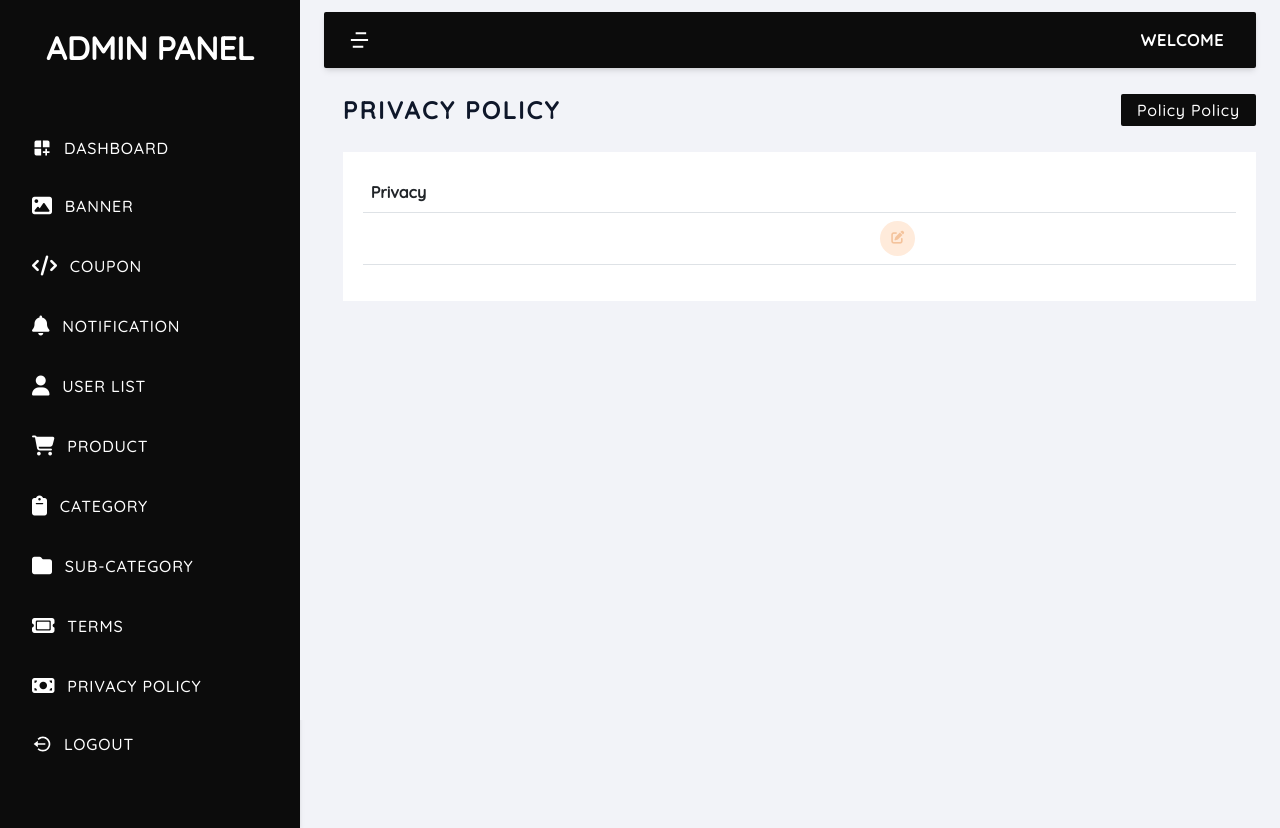
Repository: FlyweisReact/Sudarshan
Page: /admin/COD
The author's editor kept a copy of each file at every save. The page is drawn from the files as they stood at one save, then again after the next save.
The browser window is 1280 px wide. The pictures show the whole page.
The page's requests for data from a server got no answer. Some web libraries are served in a nearby version. The project was rebuilt for these pictures with package versions that can differ from the ones it lists, and the page was loaded fresh each time. No one was signed in, and anything a server would have sent is missing. Also part of the build but not shown: src/Baseurl.js, src/Admin/forms/AdminLogin.jsx, src/Admin/pages/Dashboard/AdminDashboard.js, src/Admin/pages/Banner/AdminBanner.js, src/Admin/pages/subcategory/AdminSubCategory.js, src/Admin/pages/category/AdminCategory.js, src/Admin/pages/Product/AdminProduct.js, src/Admin/pages/Product/AdminSingleProduct.js and 13 more.

Above is the page before, as saved 2023-09-06 19:14:03.

### public/index.html
<!-- @format -->

<!DOCTYPE html>
<html lang="en">
  <head>
    <meta charset="utf-8" />
    <meta name="viewport" content="width=device-width, initial-scale=1" />
    <meta name="theme-color" content="#000000" />
    <meta
      name="description"
      content="Web site created using create-react-app"
    />
    <link rel="icon" href="%PUBLIC_URL%/favicon.png" />
    <link rel="manifest" href="%PUBLIC_URL%/manifest.json" />
    <link rel="preconnect" href="https://fonts.googleapis.com" />
    <link rel="preconnect" href="https://fonts.gstatic.com" crossorigin />
    <link
      href="https://fonts.googleapis.com/css2?family=Quicksand:wght@500&display=swap"
      rel="stylesheet"
    />
    <title>Sudarshan</title>
  </head>
  <body>
    <noscript>You need to enable JavaScript to run this app.</noscript>
    <div id="root"></div>
    <script src="https://code.jquery.com/jquery-3.6.0.min.js"></script>
    <script
      src="https://kit.fontawesome.com/b533b351e4.js"
      crossorigin="anonymous"
    ></script>
  </body>
</html>

### src/Admin/pages/COD/COD.js
/** @format */

import React, { useEffect, useState } from "react";
import HOC from "../../layout/HOC";
import {
  Table,
  Modal,
  Form,
  Button,
  Alert,
  Spinner,
  FloatingLabel,
} from "react-bootstrap";
import axios from "axios";
import { toast } from "react-toastify";

const COD = () => {
  const [modalShow, setModalShow] = useState(false);
  const [data, setData] = useState([]);
  const [id, setId] = useState(null);
  const [edit, setEdit] = useState(false);
  const [total, setTotal] = useState(0);
  const [loading, setLoading] = useState(false);

  const token = localStorage.getItem("token");
  const Auth = {
    headers: {
      Authorization: `Bearer ${token}`,
    },
  };

  const fetchData = async () => {
    setLoading(true);
    try {
      const { data } = await axios.get(
        `https://green-fyto.vercel.app/api/v1/privacy`
      );
      setData(data.privacy);
      setLoading(false);
    } catch (e) {
      setLoading(false);
      console.log(e);
    }
  };

  useEffect(() => {
    fetchData();
  }, []);

  function MyVerticallyCenteredModal(props) {
    const [cod, setCod] = useState(0);
    const [errMsg, setErrMsg] = useState(null);
    const [submitLoading, setSubmitLoading] = useState(false);
    const [vendors, setVendors] = useState([]);
    const [vendorId, setVendorId] = useState("");

    const fetchVendor = async () => {
      try {
        const response = await axios.get(`api/v1/admin/getAllVendor`);
        setVendors(response.data.data);
      } catch {}
    };

    useEffect(() => {
      if (props.show === true) {
        fetchVendor();
      }
    }, [props]);

    const postHandler = async (e) => {
      e.preventDefault();
      setSubmitLoading(true);
      const payload = { vendorId, cod };
      try {
        const { data } = await axios.post(
          `api/v1/admin/addCodTovendor`,
          payload,
          Auth
        );
        toast.success(data.message);
        props.onHide();
        fetchData();
        setSubmitLoading(false);
      } catch (e) {
        const msg = e.response.data.message;
        setErrMsg(msg);
        setSubmitLoading(false);
      }
    };

    const putHandler = async (e) => {
      e.preventDefault();
      setSubmitLoading(true);
      const payload = { vendorId: id, cod };
      try {
        const { data } = await axios.put(
          `api/v1/admin/updateCodTovendor/${id}`,
          payload,
          Auth
        );
        toast.success(data.message);
        props.onHide();
        fetchData();
        setSubmitLoading(false);
      } catch (e) {
        const msg = e.response.data.message;
        setErrMsg(msg);
        setSubmitLoading(false);
      }
    };

    return (
      <Modal
        {...props}
        aria-labelledby="contained-modal-title-vcenter"
        centered
      >
        <Modal.Header closeButton>
          <Modal.Title id="contained-modal-title-vcenter">
            {" "}
            {edit ? `Edit COD ` : " Add COD"}
          </Modal.Title>
        </Modal.Header>
        <Modal.Body>
          {errMsg === null || !errMsg ? (
            ""
          ) : (
            <div className="dangerBox">
              <Alert variant="danger"> {errMsg} </Alert>
              <i class="fa-solid fa-x" onClick={() => setErrMsg(null)}></i>
            </div>
          )}
          {edit ? (
            <Form onSubmit={putHandler}>
              <Form.Group className="mb-3">
                <Form.Label>Amount</Form.Label>
                <Form.Control
                  type="number"
                  required
                  min={0}
                  value={cod}
                  onChange={(e) => setCod(e.target.value)}
                />
              </Form.Group>

              <Button
                style={{
                  backgroundColor: "#0c0c0c",
                  borderRadius: "0",
                  border: "1px solid #0c0c0c",
                }}
                type="submit"
              >
                {submitLoading === true ? (
                  <Spinner size="sm" animation="border" role="status">
                    <span className="visually-hidden">Loading...</span>
                  </Spinner>
                ) : (
                  "Submit"
                )}
              </Button>
            </Form>
          ) : (
            <Form onSubmit={postHandler}>
              <Form.Group className="mb-3">
                <Form.Label>Amount</Form.Label>
                <Form.Control
                  type="number"
                  required
                  min={0}
                  value={cod}
                  onChange={(e) => setCod(e.target.value)}
                />
              </Form.Group>
              <Form.Group className="mb-3">
                <Form.Label>Vendor</Form.Label>
                <Form.Select onChange={(e) => setVendorId(e.target.value)}>
                  <option> Select Vendor </option>
                  {vendors?.map((i, index) => (
                    <option key={index} value={i._id}>
                      {" "}
                      {i.fullName}{" "}
                    </option>
                  ))}
                </Form.Select>
              </Form.Group>

              <Button
                style={{
                  backgroundColor: "#0c0c0c",
                  borderRadius: "0",
                  border: "1px solid #0c0c0c",
                }}
                type="submit"
              >
                {submitLoading === true ? (
                  <Spinner size="sm" animation="border" role="status">
                    <span className="visually-hidden">Loading...</span>
                  </Spinner>
                ) : (
                  "Submit"
                )}
              </Button>
            </Form>
          )}
        </Modal.Body>
      </Modal>
    );
  }

  return (
    <>
      <MyVerticallyCenteredModal
        show={modalShow}
        onHide={() => setModalShow(false)}
      />

      <section>
        <div
          className="pb-4   w-full flex justify-between items-center"
          style={{ width: "98%", marginLeft: "2%" }}
        >
          <span
            className="tracking-widest text-slate-900 font-semibold uppercase"
            style={{ fontSize: "1.5rem" }}
          >
            Privacy Policy
          </span>
          <button
            onClick={() => {
              setEdit(false);
              setModalShow(true);
            }}
            className="md:py-2 px-3 md:px-4 py-1 rounded-sm bg-[#0c0c0c] text-white tracking-wider"
          >
            Policy Policy
          </button>
        </div>

        <section className="sectionCont">
          {loading ? (
            <Spinner
              animation="border"
              role="status"
              style={{ display: "block", margin: "auto" }}
            ></Spinner>
          ) : !data ? (
            <Alert> Privacy's Not Found </Alert>
          ) : (
            <div className="overFlowCont">
              <Table>
                <thead>
                  <tr>
                    <th>Privacy</th>
                    <th></th>
                  </tr>
                </thead>

                <tbody>
                  <tr>
                    <td> {data?.privacy} </td>
                    <td>
                      <span className="flexCont">
                        <i className="fa-solid fa-pen-to-square"></i>
                      </span>
                    </td>
                  </tr>
                </tbody>
              </Table>
            </div>
          )}
        </section>
      </section>
    </>
  );
};

export default HOC(COD);

### src/Admin/layout/HOC.jsx
/** @format */

import React, { useState } from "react";
import Navbar from "./Navbar";
import Sidebar from "./Sidebar";

const HOC = (Wcomponenet) => {
  return function Component() {
    const [hamb, setHamb] = useState(false);
    return (
      <>
        <section
          className="flex overflow-x-hidden relative "
          style={{ backgroundColor: "#f2f3f8" }}
        >
          {/* Sidebar */}
          <div
            className={
              hamb
                ? " absolute top-0 z-30 md:w-auto shadow-md bg-slate-200  w-60 transition-all md:-left-full left duration-150  h-auto overflow-y-auto  left-0 "
                : " md:w-72 z-30 bg-slate-200  shadow-md  md:static absolute top-0 -left-full   transition-all duration-150  overflow-y-auto h-auto"
            }
            style={{ minWidth: "300px" }}
          >
            <Sidebar hamb={hamb} setHamb={setHamb} />
          </div>
          {/* Components & Navbar */}
          <div
            className={
              hamb
                ? " transition-all px-4 py-2  duration-150 w-full h-screen"
                : " w-full h-screen  px-4 py-2   z-50 transition-all duration-150 "
            }
            style={{ backgroundColor: "#f2f3f8" }}
          >
            <Navbar hamb={hamb} setHamb={setHamb} />
            <div className="my-6 text-#000 h-[87%] wcomp overflow-y-auto">
              {" "}
              <Wcomponenet />
            </div>
          </div>
        </section>
      </>
    );
  };
};

export default HOC;

### src/Admin/layout/Navbar.jsx
/** @format */

import { RiMenu4Line } from "react-icons/ri";

const Navbar = ({ hamb, setHamb }) => {
  const Name = localStorage.getItem("name");

  return (
    <>
      <div
        className={
          hamb
            ? "flex  w-full justify-between  my-1 rounded-sm  p-4 py-3 shadow-md items-center  bg-slate-200 space-x-4"
            : "flex  w-full justify-between my-1 rounded-sm  p-4 py-3 shadow-md items-center  bg-slate-200 space-x-4"
        }
        style={{ backgroundColor: "#0c0c0c" }}
      >
        <RiMenu4Line
          onClick={() => setHamb(!hamb)}
          className="text-2xl font-bold text-gray-900 hover:scale-90 cursor-pointer"
          style={{ color: "#fff" }}
        />

        <section className="flex sm:ml-auto justify-end sm:w-full items-center space-x-2  pr-2">
          <figcaption className="tracking-wider pl-1 font-semibold">
            <div
              className="lg:text-base text-sm text-gray-900  uppercase"
              style={{ color: "#fff" }}
            >
              Welcome {Name}
            </div>
          </figcaption>
        </section>
      </div>
    </>
  );
};

export default Navbar;

### src/Admin/layout/Sidebar.jsx
/** @format */

import React from "react";
import { RiCloseLine } from "react-icons/ri";
import { Link, useLocation, useNavigate } from "react-router-dom";
import { BiLogOutCircle } from "react-icons/bi";
import { MdDashboardCustomize } from "react-icons/md";
import { toast } from "react-toastify";

const Sidebar = ({ hamb, setHamb }) => {
  const navigate = useNavigate();

  const nav = [
    {
      icon: <MdDashboardCustomize className="text-xl mr-3 rounded-full " />,
      link: "/admin/dashboard ",
      name: "Dashboard",
    },
    {
      icon: <i className="fa-solid fa-image text-xl mr-3 rounded-full " />,
      link: "/admin/banner ",
      name: "Banner",
    },
    {
      icon: <i className="fa-solid fa-code text-xl mr-3 rounded-full " />,
      link: "/coupon",
      name: "Coupon",
    },

    {
      icon: <i className=" fa-solid fa-bell text-xl mr-3 rounded-full " />,
      link: "/notification",
      name: "Notification",
    },
    {
      icon: <i className="fa-solid fa-user text-xl mr-3 rounded-full " />,
      link: "/user-list",
      name: "User List",
    },


    {
      icon: (
        <i className="fa-solid fa-cart-shopping text-xl mr-3 rounded-full " />
      ),
      link: "/admin/product ",
      name: "Product",
    },

    {
      icon: <i className="fa-solid fa-clipboard text-xl mr-3 rounded-full " />,
      link: "/admin/category ",
      name: "Category",
    },
    {
      icon: <i className="fa-solid fa-folder text-xl mr-3 rounded-full " />,
      link: "/admin/sub-category ",
      name: "Sub-Category",
    },
    //    {
    //   icon: (
    //     <i className="fa-solid fa-bag-shopping text-xl mr-3 rounded-full " />
    //   ),
    //   link: "/admin/order",
    //   name: "Order",
    // },

    {
      icon: <i className=" fa-solid fa-ticket text-xl mr-3 rounded-full " />,
      link: "/admin/ticket",
      name: "Terms",
    },
    {
      icon: <i className=" fa-solid fa-money-bill text-xl mr-3 rounded-full " />,
      link: "/admin/COD",
      name: "Privacy Policy",
    },
  ];

  const logOut = () => {
    localStorage.clear();
    navigate("/admin-login");
    toast.success("Logged Out");
  };



  return (
    <>
      <aside
        className="p-4 h-auto"
        style={{ backgroundColor: "#0c0c0c", minHeight: "100vh" }}
      >
        {/* Top */}
        <div className="w-full md:hidden relative  p-2 mb-4">
          <RiCloseLine
            onClick={() => setHamb(!hamb)}
            className="text-3xl  absolute top-2 sm:hover:rotate-[228deg] transition-transform font-bold right-2 sm:hover:text-[22px] text-[rgb(241,146,46)] cursor-pointer"
          />
        </div>{" "}
        <figure className="flex  flex-col items-center">
          <span
            className="font-bold text-[#fff]"
            style={{
              fontSize: "2rem",
              textAlign: "center",
              textTransform: "uppercase",
            }}
          >
            {" "}
            ADMIN PANEL
          </span>
        </figure>
        <nav className="py-6">
          {nav.map((nav) => {
            return (
              <Link
                to={nav.link}
                key={nav.name}
                style={{ textDecoration: "none", textTransform: "uppercase" }}
              >
                <span
                  className="flex my-3 items-center cursor-pointer text-gray-900    tracking-wider p-2 rounded-sm"
                  style={{ color: "#FFF" }}
                >
                  {nav.icon} {nav.name}
                </span>
              </Link>
            );
          })}
          <span
            className="flex my-3 items-center cursor-pointer text-gray-900    tracking-wider p-2 rounded-sm"
            onClick={() => logOut()}
            style={{ color: "#FFF", textTransform: "uppercase" }}
          >
            <BiLogOutCircle className="text-xl mr-3 rounded-full " /> LogOut
          </span>
        </nav>
      </aside>
    </>
  );
};

export default Sidebar;

Loaded but not shown: tailwind.config.js (common file); src/App.js (72 lines, source omitted); src/index.js (18 lines, source omitted); src/index.css (807 lines, source omitted)

After the next save:
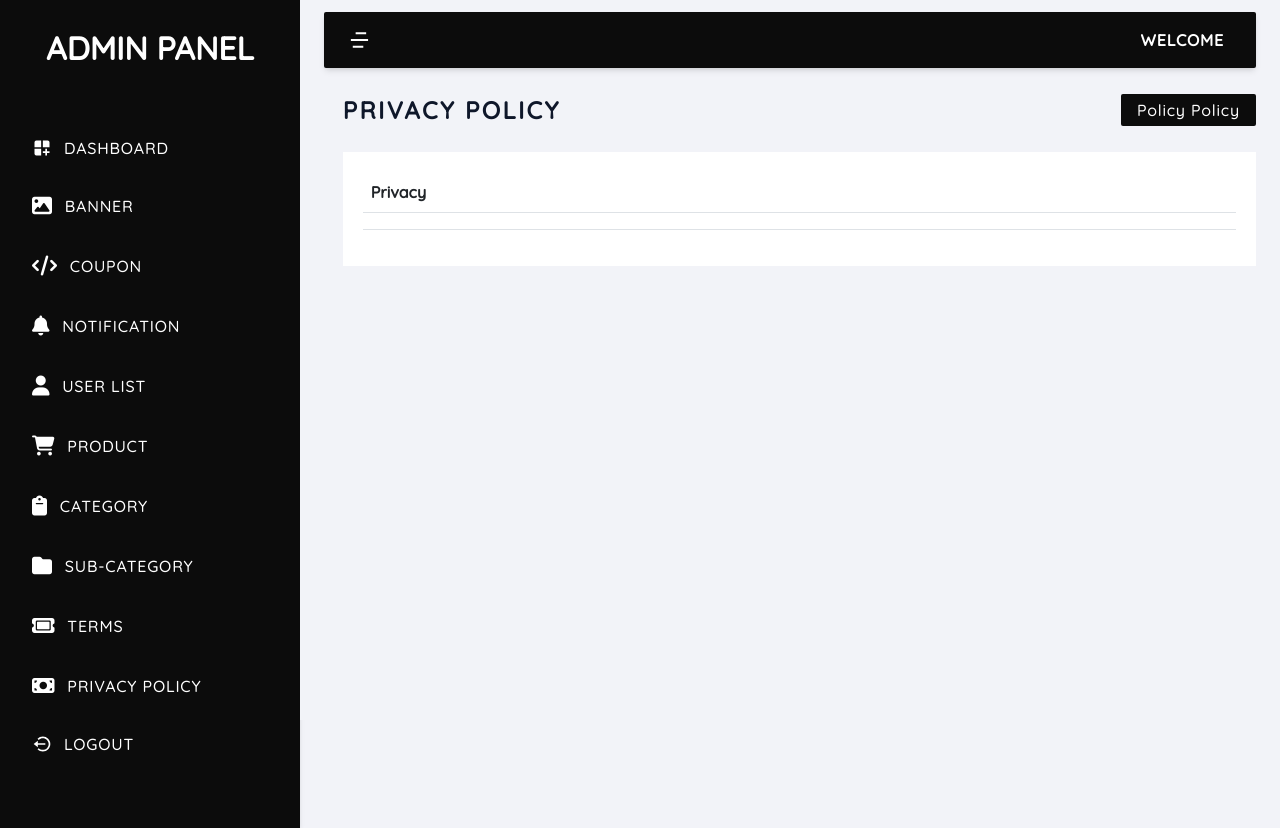
Saved 17 s later.
--- a/src/Admin/pages/COD/COD.js
+++ b/src/Admin/pages/COD/COD.js
@@ -260,9 +260,9 @@ const COD = () => {
                   <tr>
                     <td> {data?.privacy} </td>
                     <td>
-                      <span className="flexCont">
+                      {/* <span className="flexCont">
                         <i className="fa-solid fa-pen-to-square"></i>
-                      </span>
+                      </span> */}
                     </td>
                   </tr>
                 </tbody>
